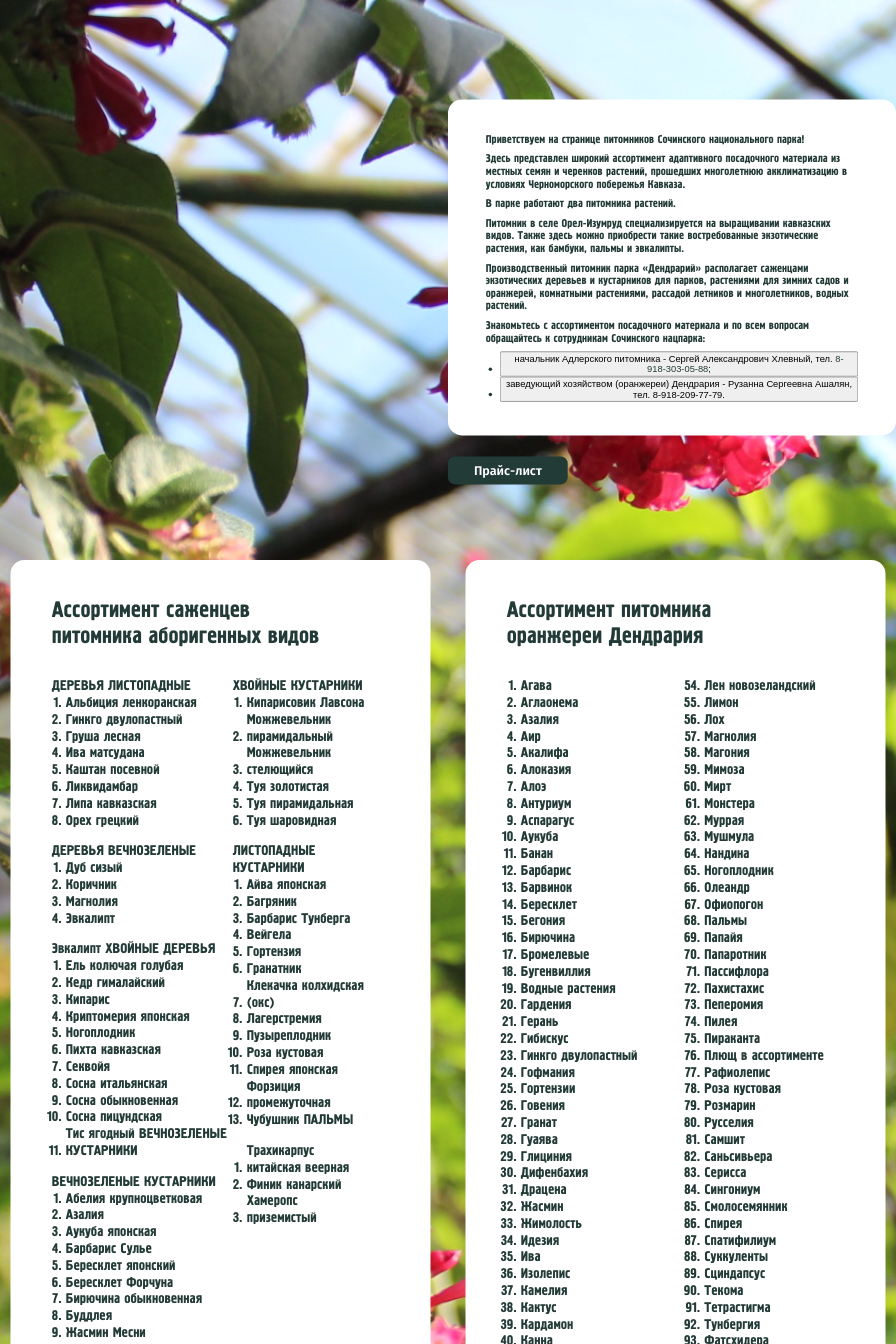
Repository: sem1103/np-sochi
Page: index.html
These files come from the project's save history. The page is drawn as it stood at one moment and after the next save; the edit follows.
The browser window is 1280 px wide. The pictures show the part of the page from y = 0 to 1920 px (the page is 2622 px tall), at 70% of full size.

Above is the page before, as saved 2024-01-17 22:20:43.

### index.html
<!DOCTYPE html>
<html lang="en">

<head>
    <meta charset="UTF-8">
    <meta name="viewport" content="width=device-width, initial-scale=1.0">
    <title>Сочинский Национальный Парк</title>

    <link rel="stylesheet" href="styles/reset.css">
    <link rel="stylesheet" href="styles/main.css">
</head>

<body>
    <div id="page">
        <header></header>

        <main>
            <div class="top__text container">
                <div class="text__content">
                    <p>
                        Приветствуем на странице питомников Сочинского национального парка!
                    </p>
                    <p>
                        Здесь представлен широкий ассортимент адаптивного посадочного материала из местных семян и
                        черенков растений, прошедших многолетнюю акклиматизацию в условиях Черноморского побережья
                        Кавказа.
                    </p>
                    <p>
                        В парке работают два питомника растений.
                    </p>
                    <p>
                        Питомник в селе Орел-Изумруд специализируется на выращивании кавказских видов. Также здесь можно
                        приобрести такие востребованные экзотические растения, как бамбуки, пальмы и эвкалипты.
                    </p>
                    <p>
                        Производственный питомник парка «Дендрарий» располагает саженцами экзотических деревьев и
                        кустарников для парков, растениями для зимних садов и оранжерей, комнатными растениями, рассадой
                        летников и многолетников, водных растений.
                    </p>
                    <p>
                        Знакомьтесь с ассортиментом посадочного материала и по всем вопросам обращайтесь к сотрудникам
                        Сочинского нацпарка:
                    </p>
                    <ul>
                        <li><button>начальник Адлерского питомника - Сергей Александрович Хлевный, тел. <a
                                href="tel:+79183030588">8-918-303-05-88</a>;</button></li>
                        <li><button>заведующий хозяйством (оранжереи) Дендрария - Рузанна Сергеевна Ашалян, тел.
                            8-918-209-77-79.</button></li>
                    </ul>
                </div>
                <div class="price__list">
                    <button>Прайс-лист</button>

                </div>
            </div>

            <div class="items__block container">
                <div class="item">
                    <h3>
                        Ассортимент саженцев <br>
                        питомника аборигенных видов
                    </h3>
                    <div>
                        <div class="left__items">
                            <h5>
                                ДЕРЕВЬЯ ЛИСТОПАДНЫЕ
                            </h5>
                            <ol>
                                <li><button>Альбиция ленкоранская</button></li>
                                <li><button>Гинкго двулопастный</button></li>
                                <li><button>Груша лесная</button></li>
                                <li><button>Ива матсудана</button></li>
                                <li><button>Каштан посевной</button></li>
                                <li><button>Ликвидамбар</button></li>
                                <li><button>Липа кавказская</button></li>
                                <li><button>Орех грецкий</button></li>
                            </ol>

                            <h5>
                                ДЕРЕВЬЯ ВЕЧНОЗЕЛЕНЫЕ
                            </h5>
                            <ol>
                                <li><button>Дуб сизый</button></li>
                                <li><button>Коричник</button></li>
                                <li><button>Магнолия</button></li>
                                <li><button>Эвкалипт</button></li>
                            </ol>

                            <h5>Эвкалипт ХВОЙНЫЕ ДЕРЕВЬЯ</h5>
                            <ol>
                                <li><button>Ель колючая голубая</button></li>
                                <li><button>Кедр гималайский</button></li>
                                <li><button>Кипарис </button></li>
                                <li><button>Криптомерия японская</button></li>
                                <li><button>Ногоплодник </button></li>
                                <li><button>Пихта кавказская</button></li>
                                <li><button>Секвойя </button></li>
                                <li><button>Сосна итальянская</button></li>
                                <li><button>Сосна обыкновенная</button></li>
                                <li><button>Сосна пицундская</button></li>
                                <li><button>Тис ягодный ВЕЧНОЗЕЛЕНЫЕ КУСТАРНИКИ</button></li>
                            </ol>

                            <h5>ВЕЧНОЗЕЛЕНЫЕ КУСТАРНИКИ</h5>
                            <ol>
                                <li><button>Абелия крупноцветковая</button></li>
                                <li><button>Азалия</button></li>
                                <li><button>Аукуба японская</button></li>
                                <li><button>Барбарис Сулье</button></li>
                                <li><button>Бересклет японский</button></li>
                                <li><button>Бересклет Форчуна</button></li>
                                <li><button>Бирючина обыкновенная</button></li>
                                <li><button>Буддлея</button></li>
                                <li><button>Жасмин Месни</button></li>
                                <li><button>Жимолость блестящая</button></li>
                                <li><button>Зверобой триколор</button></li>
                                <li><button>Иглица колхидская</button></li>
                                <li><button>Камелия</button></li>
                                <li><button>Каллистемон</button></li>
                                <li><button>Керия японская</button></li>
                                <li><button>Кизильники</button></li>
                                <li><button>Лавровишня</button></li>
                                <li><button>Магония</button></li>
                                <li><button>Мирт</button></li>
                                <li><button>Нандина домашняя</button></li>
                                <li><button>Олеандр</button></li>
                                <li><button>Падуб</button></li>
                                <li><button>Пираканта</button></li>
                                <li><button>Розмарин</button></li>
                                <li><button>Самшит колхидский</button></li>
                                <li><button>Саркококка</button></li>
                                <li><button>Серисса</button></li>
                                <li><button>Смолосемянник</button></li>
                                <li><button>Эрика</button></li>
                                <li><button>Эскаллония красная</button></li>
                            </ol>
                        </div>

                        <div class="right__items">
                            <h5>ХВОЙНЫЕ КУСТАРНИКИ</h5>
                            <ol>
                                <li><button>Кипарисовик Лавсона</button></li>
                                <li><button>Можжевельник пирамидальный</button></li>
                                <li><button>Можжевельник стелющийся</button></li>
                                <li><button>Туя золотистая</button></li>
                                <li><button>Туя пирамидальная</button></li>
                                <li><button>Туя шаровидная</button></li>
                            </ol>

                            <h5>ЛИСТОПАДНЫЕ КУСТАРНИКИ</h5>
                            <ol>
                                <li><button>Айва японская</button></li>
                                <li><button>Багряник</button></li>
                                <li><button>Барбарис Тунберга</button></li>
                                <li><button>Вейгела</button></li>
                                <li><button>Гортензия</button></li>
                                <li><button>Гранатник</button></li>
                                <li><button>Клекачка колхидская (окс)</button></li>
                                <li><button>Лагерстремия</button></li>
                                <li><button>Пузыреплодник</button></li>
                                <li><button>Роза кустовая</button></li>
                                <li><button>Спирея японская</button></li>
                                <li><button>Форзиция промежуточная</button></li>
                                <li><button>Чубушник ПАЛЬМЫ</button></li>
                            </ol>
                            <ol>
                                <li><button>Трахикарпус китайская веерная</button></li>
                                <li><button>Финик канарский</button></li>
                                <li><button>Хамеропс приземистый</button></li>
                            </ol>
                        </div>
                    </div>
                </div>

                <div class="item">
                    <h3>Ассортимент питомника  <br>
                        оранжереи Дендрария</h3>
                    <div>
                        <div class="left__items">
                            <ol>
                                <li><button>Агава</button></li>
                                <li><button>Аглаонема</button></li>
                                <li><button>Азалия</button></li>
                                <li><button>Аир</button></li>
                                <li><button>Акалифа</button></li>
                                <li><button>Алоказия</button></li>
                                <li><button>Алоэ</button></li>
                                <li><button>Антуриум</button></li>
                                <li><button>Аспарагус</button></li>
                                <li><button>Аукуба</button></li>
                                <li><button>Банан</button></li>
                                <li><button>Барбарис</button></li>
                                <li><button>Барвинок</button></li>
                                <li><button>Бересклет</button></li>
                                <li><button>Бегония</button></li>
                                <li><button>Бирючина</button></li>
                                <li><button>Бромелевые</button></li>
                                <li><button>Бугенвиллия</button></li>
                                <li><button>Водные растения</button></li>
                                <li><button>Гардения</button></li>
                                <li><button>Герань</button></li>
                                <li><button>Гибискус</button></li>
                                <li><button>Гинкго двулопастный</button></li>
                                <li><button>Гофмания</button></li>
                                <li><button>Гортензии</button></li>
                                <li><button>Говения</button></li>
                                <li><button>Гранат</button></li>
                                <li><button>Гуаява</button></li>
                                <li><button>Глициния</button></li>
                                <li><button>Дифенбахия</button></li>
                                <li><button>Драцена</button></li>
                                <li><button>Жасмин</button></li>
                                <li><button>Жимолость</button></li>
                                <li><button>Идезия</button></li>
                                <li><button>Ива</button></li>
                                <li><button>Изолепис</button></li>
                                <li><button>Камелия</button></li>
                                <li><button>Кактус</button></li>
                                <li><button>Кардамон</button></li>
                                <li><button>Канна</button></li>
                                <li><button>Киви</button></li>
                                <li><button>Кизильник</button></li>
                                <li><button>Клеродендрум</button></li>
                                <li><button>Кордилина</button></li>
                                <li><button>Корнус</button></li>
                                <li><button>Красивоплодник</button></li>
                                <li><button>Кротон</button></li>
                                <li><button>Кудрания</button></li>
                                <li><button>Куфея</button></li>
                                <li><button>Лаванда</button></li>
                                <li><button>Лавр</button></li>
                                <li><button>Лавровишня</button></li>
                                <li><button>Лагерстремия</button></li>
                            </ol>
                        </div>

                        <div class="right__items">
                            <ol start="54">
                                <li><button>Лен новозеландский</button></li>
                                <li><button>Лимон</button></li>
                                <li><button>Лох</button></li>
                                <li><button>Магнолия</button></li>
                                <li><button>Магония</button></li>
                                <li><button>Мимоза</button></li>
                                <li><button>Мирт</button></li>
                                <li><button>Монстера</button></li>
                                <li><button>Муррая</button></li>
                                <li><button>Мушмула</button></li>
                                <li><button>Нандина</button></li>
                                <li><button>Ногоплодник</button></li>
                                <li><button>Олеандр</button></li>
                                <li><button>Офиопогон</button></li>
                                <li><button>Пальмы</button></li>
                                <li><button>Папайя</button></li>
                                <li><button>Папаротник</button></li>
                                <li><button>Пассифлора</button></li>
                                <li><button>Пахистахис</button></li>
                                <li><button>Пеперомия</button></li>
                                <li><button>Пилея</button></li>
                                <li><button>Пираканта</button></li>
                                <li><button>Плющ в ассортименте</button></li>
                                <li><button>Рафиолепис</button></li>
                                <li><button>Роза кустовая</button></li>
                                <li><button>Розмарин</button></li>
                                <li><button>Русселия</button></li>
                                <li><button>Самшит</button></li>
                                <li><button>Саньсивьера</button></li>
                                <li><button>Серисса</button></li>
                                <li><button>Сингониум</button></li>
                                <li><button>Смолосемянник</button></li>
                                <li><button>Спирея</button></li>
                                <li><button>Спатифилиум</button></li>
                                <li><button>Суккуленты</button></li>
                                <li><button>Сциндапсус</button></li>
                                <li><button>Текома</button></li>
                                <li><button>Тетрастигма</button></li>
                                <li><button>Тунбергия</button></li>
                                <li><button>Фатсхидера</button></li>
                                <li><button>Фейхоа</button></li>
                                <li><button>Фикус</button></li>
                                <li><button>Филодендрон</button></li>
                                <li><button>Фиттония</button></li>
                                <li><button>Форзиция</button></li>
                                <li><button>Хвойные</button></li>
                                <li><button>Хлорофитум</button></li>
                                <li><button>Хоста</button></li>
                                <li><button>Циперус</button></li>
                                <li><button>Циссус</button></li>
                                <li><button>Эвкалипт</button></li>
                                <li><button>Юкка</button></li>
                                <li><button>Якобиния</button></li>
                            </ol>
                        </div>
                    </div>

                </div>
            </div>
        </main>

        <footer></footer>
    </div>
</body>

</html>

### styles/reset.css

:root{
    --gray: #233B37;
}
html{
    scroll-behavior: smooth;
}
html,
body,
div,
span,
applet,
object,
iframe,
h1,
h2,
h3,
h4,
h5,
h6,
p,
blockquote,
pre,
a,
abbr,
acronym,
address,
big,
cite,
code,
del,
dfn,
em,
img,
ins,
kbd,
q,
s,
samp,
small,
strike,
strong,
sub,
sup,
tt,
var,
b,
u,
i,
center,
dl,
dt,
dd,
ol,
ul,
li,
fieldset,
form,
label,
legend,
table,
caption,
tbody,
tfoot,
thead,
tr,
th,
td,
article,
aside,
canvas,
details,
embed,
figure,
figcaption,
footer,
header,
hgroup,
menu,
nav,
output,
ruby,
section,
summary,
time,
mark,
audio,
video {
    margin: 0;
    padding: 0;
    border: 0;
    font-size: 100%;
    font: inherit;
    vertical-align: baseline
}

article,
aside,
details,
figcaption,
figure,
footer,
header,
hgroup,
menu,
nav,
section {
    display: block
}

body {
    line-height: 1;
    font-family: Hermes;
}

ol,
ul {
    list-style: none
}

blockquote,
q {
    quotes: none
}

blockquote:before,
blockquote:after,
q:before,
q:after {
    content: '';
    content: none
}

table {
    border-collapse: collapse;
    border-spacing: 0
}

a {
    text-decoration: none;
    color: var(--gray);
    transition: all .3s ease-in-out
}

a:hover {
    color: #365edc;
}

* {
    box-sizing: border-box
}




.active__menu{
    opacity: .7;
    color: var(--gray);
}
#page{
    min-height: 100vh;
}

.container{
    max-width: 1652px;
    margin: auto;
    padding: 0 15px;
}
main img{
    width: 100%;
    height: auto;
}

### styles/main.css
@import url('https://fonts.googleapis.com/css2?family=Fira+Sans:wght@600&display=swap');
@font-face {
    font-family: 'Hermes';
    src: url('font/hermes.ttf'),
    url(font/hermes.woff),
    url(font/hermes.woff2) ;

}


main{
    background: url(../img/main-bg.png) center/cover;
}
p, li{
    font: 16px 'Hermes';
    color: var(--gray);
}
p{
    margin: 0 0 10px 0;
}
.top__text{
    padding: 142px 0 108px 0;
}
.text__content{
    padding: 48px 54px;
    background-color: #fff;
    width: 50%;
    margin: 0 0 30px auto;
    border-radius: 20px;
}
li{
    list-style: disc;
    margin: 0 0 0 20px;
}
.price__list{
    width: 50%;
    margin: 0 0 0 auto;
}
.price__list button{
    padding: 9px 37px;
    font: 600 18px 'Fira Sans';
    margin: 0;
    background: var(--gray);
    color: #fff;
    border: 0;
    border-radius: 10px;
}

h3{
    color: var(--gray);
    font: 32px 'Hermes';
    margin: 0 0 40px 0;
}
h5{
    color: var(--gray);
    font: 20px Hermes;
}
.items__block{
    display: flex;
    flex-direction: row;
    justify-content: space-between;
    padding-bottom: 121px;
}
.item{
    flex-basis: calc(50% - 25px);
    background: #fff;
    padding: 52px 88px 61px 59px;
    border-radius: 20px;

}
.item > div{
    display: flex;
    justify-content: space-between;
}
ol{
    margin: 0 0 20px 0;
}
ol li{
    list-style: decimal;
    font: 20px Hermes;
    color: var(--gray);
}
ol button{
    font: inherit;
    color: inherit;
    border: 0;
    padding: 0;
    background: transparent;
    text-align: left;
    cursor: pointer;
}

After the next save:
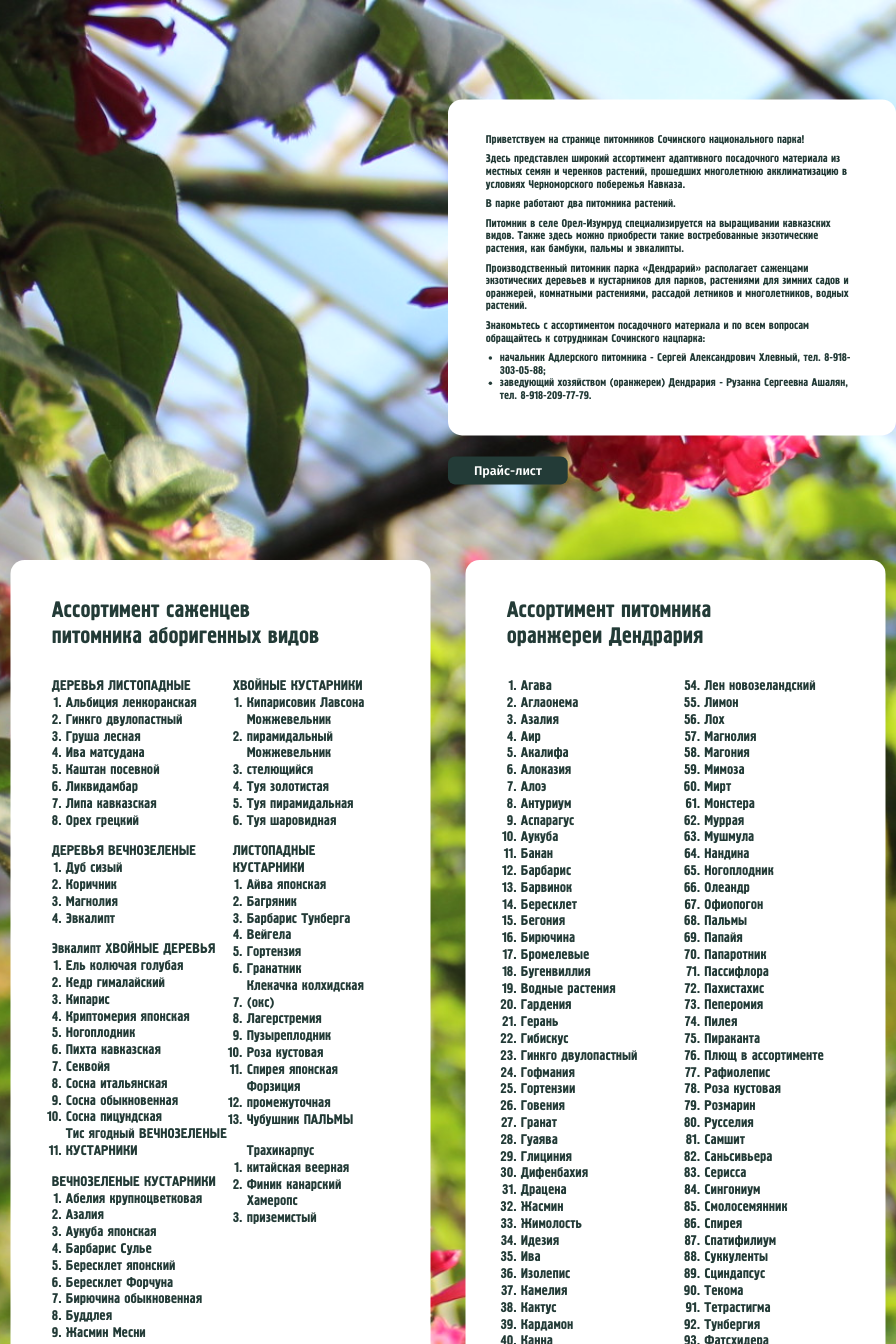
Saved 31 s later.
--- a/index.html
+++ b/index.html
@@ -42,10 +42,10 @@
                         Сочинского нацпарка:
                     </p>
                     <ul>
-                        <li><button>начальник Адлерского питомника - Сергей Александрович Хлевный, тел. <a
-                                href="tel:+79183030588">8-918-303-05-88</a>;</button></li>
-                        <li><button>заведующий хозяйством (оранжереи) Дендрария - Рузанна Сергеевна Ашалян, тел.
-                            8-918-209-77-79.</button></li>
+                        <li>начальник Адлерского питомника - Сергей Александрович Хлевный, тел. <a
+                                href="tel:+79183030588">8-918-303-05-88</a>;</li>
+                        <li>заведующий хозяйством (оранжереи) Дендрария - Рузанна Сергеевна Ашалян, тел.
+                            8-918-209-77-79.</li>
                     </ul>
                 </div>
                 <div class="price__list">
